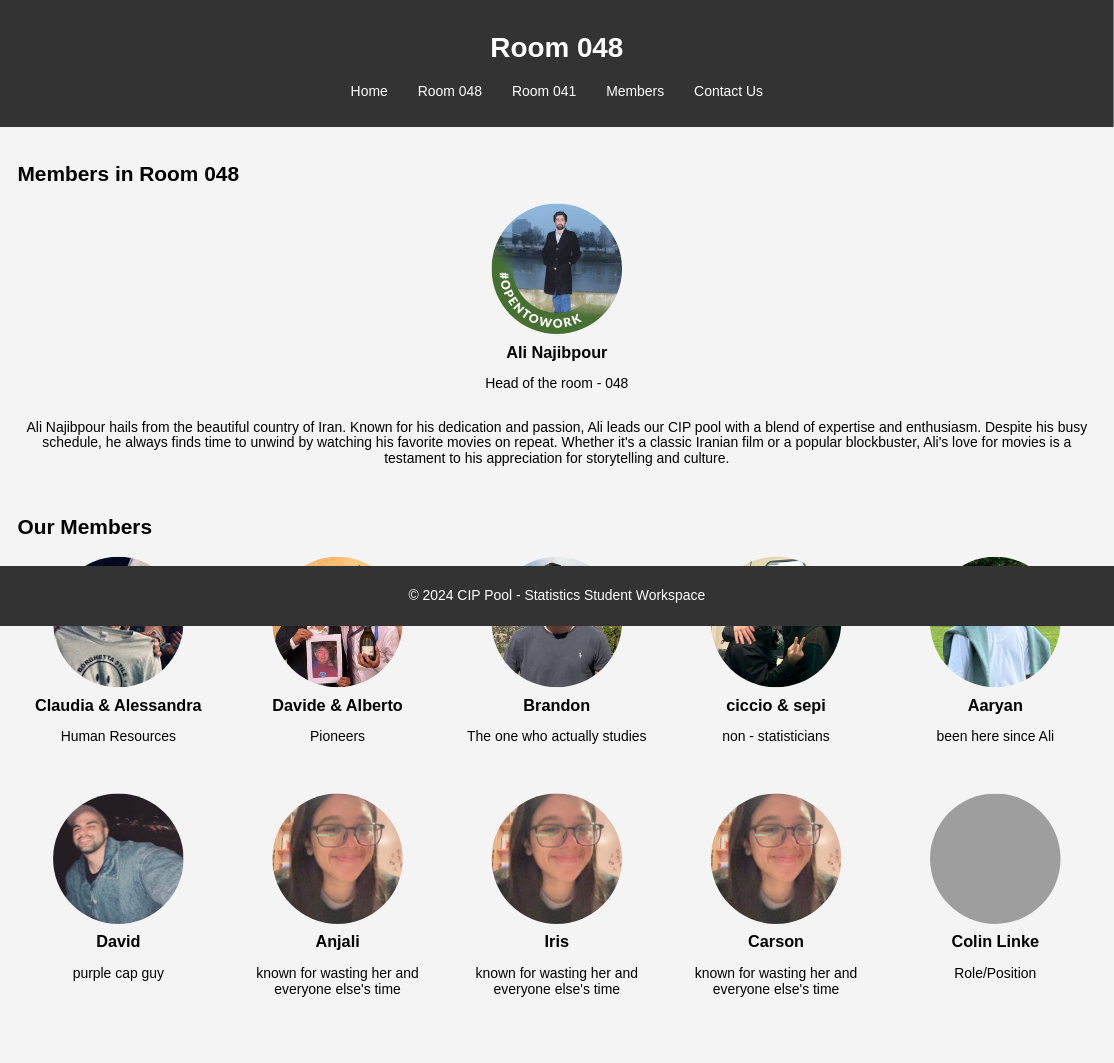
Repository: anjalisarawgi/cip_website
Page: room_048.html
These files come from the project's save history. The page is drawn as it stood at one moment and after the next save; the edit follows.
The browser window is 1280 px wide. The pictures show the whole page, at 87% of full size.
Pictures or frames that could not be fetched are drawn as grey boxes.

Above is the page before, as saved 2024-06-14 14:12:10.

### room_048.html
<!DOCTYPE html>
<html lang="en">
<head>
    <meta charset="UTF-8">
    <meta name="viewport" content="width=device-width, initial-scale=1.0">
    <title>Room 048 - CIP Pool</title>
    <link rel="stylesheet" href="styles.css">
</head>
<body>
    <header>
        <h1>Room 048</h1>
        <nav>
            <ul>
                <li><a href="index.html">Home</a></li>
                <li><a href="room_048.html">Room 048</a></li>
                <li><a href="room_041.html">Room 041</a></li>
                <li><a href="members.html">Members</a></li>
                <li><a href="contact.html">Contact Us</a></li>
            </ul>
        </nav>
    </header>
    <main>
        <section>
            <h2>Members in Room 048</h2>
            <div class="members-grid">
                <div class="member">
                    <img src="images/ali.jpeg" alt="Ali Najibpour" class="member-photo">
                    <div class="member-info">
                        <h3>Ali Najibpour</h3>
                        <p>Head of the room - 048</p>
                        <p>Ali Najibpour hails from the beautiful country of Iran. Known for his dedication and passion, Ali leads our CIP pool with a blend of expertise and enthusiasm. Despite his busy schedule, he always finds time to unwind by watching his favorite movies on repeat. Whether it's a classic Iranian film or a popular blockbuster, Ali's love for movies is a testament to his appreciation for storytelling and culture.</p>
                    </div>
                </div>
            </div>
        </section>
        <section>
            <h2>Our Members</h2>
            <div class="members-grid">
                <div class="member">
                    <img src="images/claudia_alessandra.jpeg" alt="Claudia & Alessandra" class="member-photo">
                    <div class="member-info">
                        <h3>Claudia & Alessandra</h3>
                        <p>Human Resources</p>
                    </div>
                </div>
                <div class="member">
                    <img src="images/davide_alberto.jpeg" alt="Davide & Alberto" class="member-photo">
                    <div class="member-info">
                        <h3>Davide & Alberto</h3>
                        <p>Pioneers</p>
                    </div>
                </div>
                <div class="member">
                    <img src="images/brandon.jpeg" alt="Brandon" class="member-photo">
                    <div class="member-info">
                        <h3>Brandon</h3>
                        <p>The one who actually studies</p>
                    </div>
                </div>
                <div class="member">
                    <img src="images/francesco_giuseppe.jpeg" alt="Francesco & Giuseppe" class="member-photo">
                    <div class="member-info">
                        <h3>ciccio & sepi</h3>
                        <!-- <p><em>ciccio & sepi</em></p> -->
                        <p>non - statisticians </p>
                    </div>
                </div>
                <div class="member">
                    <img src="images/aaryan.jpg" alt="aaryan" class="member-photo">
                    <div class="member-info">
                        <h3>Aaryan</h3>
                        <p>been here since Ali</p>
                    </div>
                </div>
                <div class="member">
                    <img src="images/david.jpg" alt="david" class="member-photo">
                    <div class="member-info">
                        <h3>David</h3>
                        <p>purple cap guy</p>
                    </div>
                </div>
                <div class="member">
                    <img src="images/anjali.jpeg" alt="anjali" class="member-photo">
                    <div class="member-info">
                        <h3>Anjali</h3>
                        <p>known for wasting her and everyone else's time</p>
                    </div>
                </div>
                <div class="member">
                    <img src="images/anjali.jpeg" alt="anjali" class="member-photo">
                    <div class="member-info">
                        <h3>Iris</h3>
                        <p>known for wasting her and everyone else's time</p>
                    </div>
                </div>
                <div class="member">
                    <img src="images/anjali.jpeg" alt="anjali" class="member-photo">
                    <div class="member-info">
                        <h3>Carson</h3>
                        <p>known for wasting her and everyone else's time</p>
                    </div>
                </div>
                <div class="member">
                    <img src="images/member5.jpeg" alt="Member 5" class="member-photo">
                    <div class="member-info">
                        <h3>Colin Linke</h3>
                        <p>Role/Position</p>
                    </div>
                </div>
            </div>
        </section>
    </main>
    <footer>
        <p>&copy; 2024 CIP Pool - Statistics Student Workspace</p>
    </footer>
</body>
</html>

### styles.css
body {
    font-family: Arial, sans-serif;
    margin: 0;
    padding: 0;
    background-color: #f4f4f4;
}

header {
    background-color: #333;
    color: white;
    padding: 1em 0;
    text-align: center;
}

nav ul {
    list-style-type: none;
    padding: 0;
}

nav ul li {
    display: inline;
    margin: 0 15px;
}

nav ul li a {
    color: white;
    text-decoration: none;
}

main {
    padding: 20px;
}

footer {
    background-color: #333;
    color: white;
    text-align: center;
    padding: 10px 0;
    position: fixed;
    bottom: 0;
    width: 100%;
}

section {
    margin-bottom: 20px;
}

.member {
    display: flex;
    align-items: center;
    margin-bottom: 20px;
}

.member-photo {
    border-radius: 50%;
    width: 150px;
    height: 150px;
    object-fit: cover;
    margin-bottom: 10px;
}


.member-info {
    display: flex;
    flex-direction: column;
}

.member-info h3 {
    margin: 0;
}

.members-grid {
    display: grid;
    grid-template-columns: repeat(auto-fit, minmax(200px, 1fr));
    gap: 20px;
}

.members-grid .member {
    flex-direction: column;
    align-items: center;
    text-align: center;
}

.members-grid .member-photo {
    width: 150px;
    height: 150px;
    margin-bottom: 10px;
}

.members-grid .member-info {
    align-items: center;
}

After the next save:
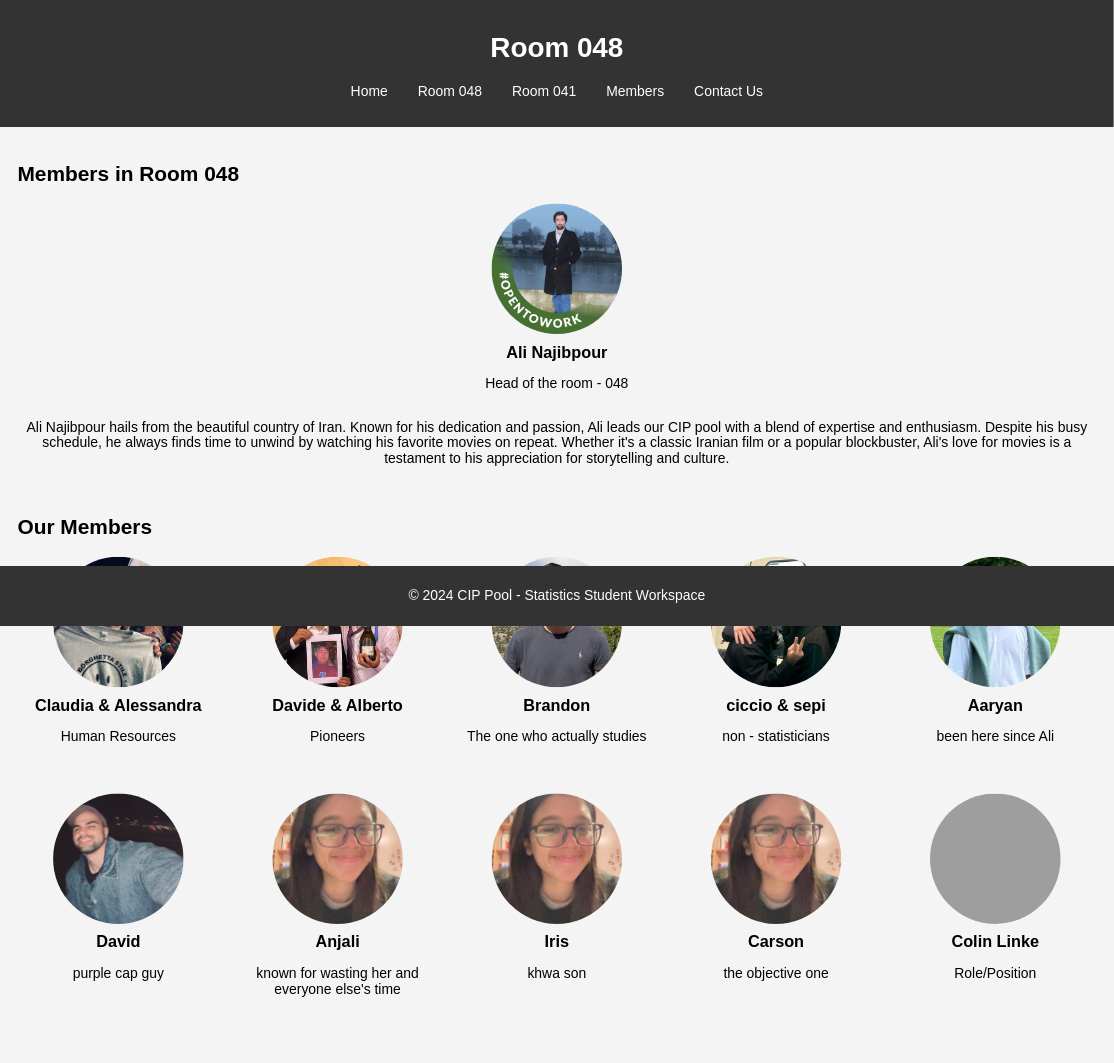
Saved 30 s later.
--- a/room_048.html
+++ b/room_048.html
@@ -90,14 +90,14 @@
                     <img src="images/anjali.jpeg" alt="anjali" class="member-photo">
                     <div class="member-info">
                         <h3>Iris</h3>
-                        <p>known for wasting her and everyone else's time</p>
+                        <p>khwa son</p>
                     </div>
                 </div>
                 <div class="member">
                     <img src="images/anjali.jpeg" alt="anjali" class="member-photo">
                     <div class="member-info">
                         <h3>Carson</h3>
-                        <p>known for wasting her and everyone else's time</p>
+                        <p>the objective one</p>
                     </div>
                 </div>
                 <div class="member">
